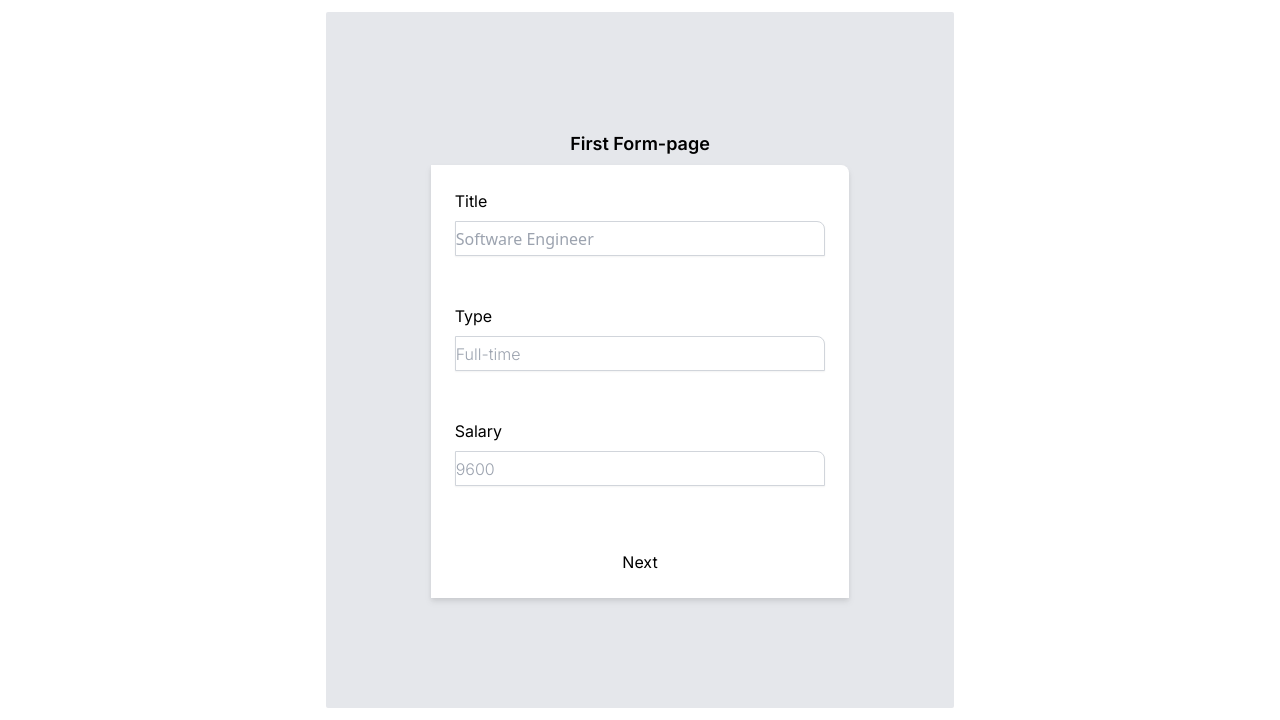
Repository: Abdibaye/Job-Sphere
Page: /form
The author's editor kept a copy of each file at every save. The page is drawn from the files as they stood at one save, then again after the next save.
The browser window is 1280 px wide. The pictures show the whole page.
The project was rebuilt for these pictures with package versions that can differ from the ones it lists, and the page was loaded fresh each time. Also part of the build but not shown: vite.config.js, src/components/search.jsx, src/components/navbar.jsx, src/pages/descriptionpage.jsx, src/components/job.jsx, src/components/feed.jsx, src/components/saved.jsx, src/components/filter.jsx and 4 more.

Above is the page before, as saved 2025-02-23 01:29:14.

After the next save:
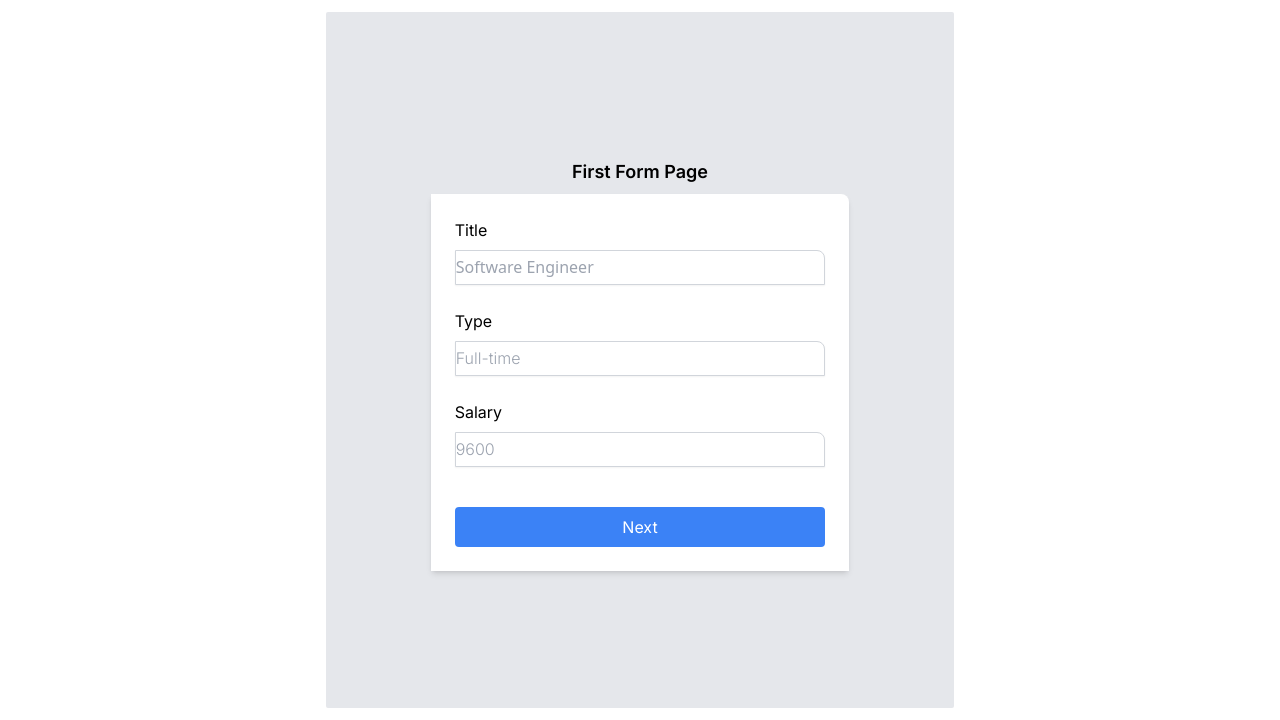
Saved 110 s later.
--- a/src/components/form.jsx
+++ b/src/components/form.jsx
@@ -1,40 +1,45 @@
 import { useFormik } from "formik";
 import { formvalidation } from "./formvalidation";
 
+// Initial form values
 const initialValues = {
   title: '',
   type: '',
   salary: ''
-}
+};
 
 function Form() {
   const { values, handleBlur, handleChange, handleSubmit, errors } = useFormik({
-    initialValues: initialValues,
+    initialValues,
     validationSchema: formvalidation,
-    onSubmit: (value) => {
-      console.log(value);
-    }
+    onSubmit: (values) => {
+      console.log(values); // Log form values on submission
+    },
   });
 
   return (
     <div className="h-screen font-inter flex justify-center p-3">
       <div className="bg-gray-200 w-1/2 rounded-sm flex flex-col justify-center items-center">
-        <h1 className="m-2 font-[600] text-[18px]">First Form-page</h1>
-        <form onSubmit={handleSubmit} className="bg-[#fff] w-2/3 h-fit flex flex-col justify-center p-6 rounded-tr-lg drop-shadow-md">
+        <h1 className="m-2 font-semibold text-lg">First Form Page</h1>
+        <form
+          onSubmit={handleSubmit}
+          className="bg-white w-2/3 h-fit flex flex-col justify-center p-6 rounded-tr-lg shadow-md"
+        >
+          {/* Title Field */}
           <label className="mb-2">Title</label>
           <input
             name="title"
             value={values.title}
             onChange={handleChange}
             onBlur={handleBlur}
-            className=" h-[35px] border border-gray-300 rounded-tr-lg shadow-sm focus:outline-none font-sans font-light"
+            className="h-[35px] border border-gray-300 rounded-tr-lg shadow-sm focus:outline-none font-sans font-light"
             type="text"
             placeholder="Software Engineer"
           />
-           <br />
-          {errors.title && <small className="color-red-100">{errors.title}</small>}
+          {errors.title && <small className="text-red-500">{errors.title}</small>}
           <br />
 
+          {/* Type Field */}
           <label className="mb-2">Type</label>
           <input
             name="type"
@@ -45,9 +50,10 @@ function Form() {
             type="text"
             placeholder="Full-time"
           />
+          {errors.type && <small className="text-red-500">{errors.type}</small>}
           <br />
-          {errors.type && <small>{errors.type}</small>}
-          <br />
+
+          {/* Salary Field */}
           <label className="mb-2">Salary</label>
           <input
             name="salary"
@@ -58,10 +64,16 @@ function Form() {
             type="text"
             placeholder="9600"
           />
-           <br />
-          {errors.salary && <small>{errors.salary}</small>}
+          {errors.salary && <small className="text-red-500">{errors.salary}</small>}
           <br />
-          <button type="submit" className="mt-4">Next</button>
+
+          {/* Submit Button */}
+          <button
+            type="submit"
+            className="mt-4 bg-blue-500 text-white py-2 px-4 rounded hover:bg-blue-600 transition-colors"
+          >
+            Next
+          </button>
         </form>
       </div>
     </div>
